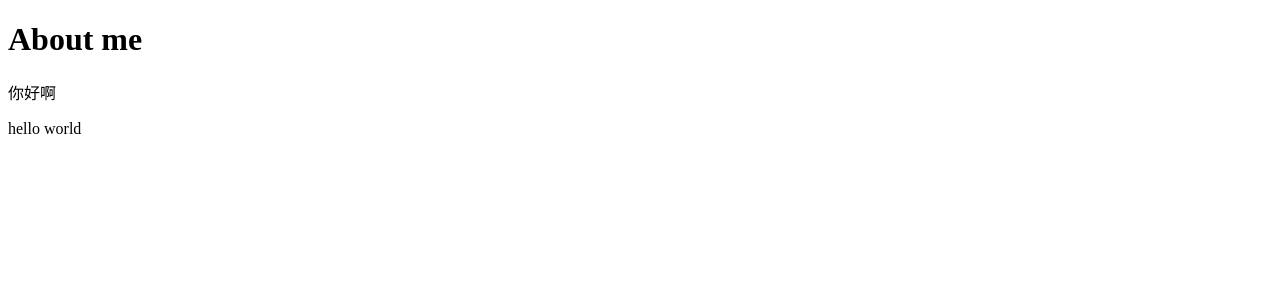
Repository: chenguocan/Vue_component
Page: v-solt组件插槽.html
These files come from the project's save history. The page is drawn as it stood at one moment and after the next save; the edit follows.
The browser window is 1280 px wide. The pictures show the whole page.

Above is the page before, as saved 2020-07-23 18:57:25.

After the next save:
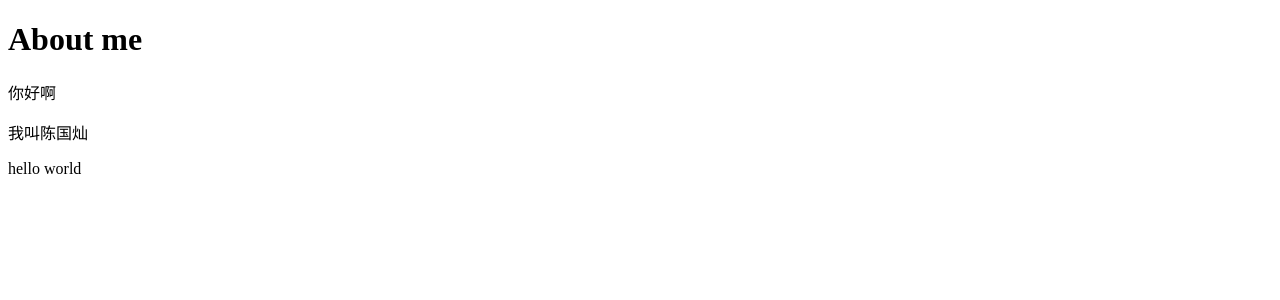
Saved 20 s later.
--- a/v-solt组件插槽.html
+++ b/v-solt组件插槽.html
@@ -15,6 +15,7 @@
         <template v-slot:footer>
           <p>hello world</p>
         </template>
+        <p>我叫陈国灿</p>
       </blog-post>
     </div>
   </body>
